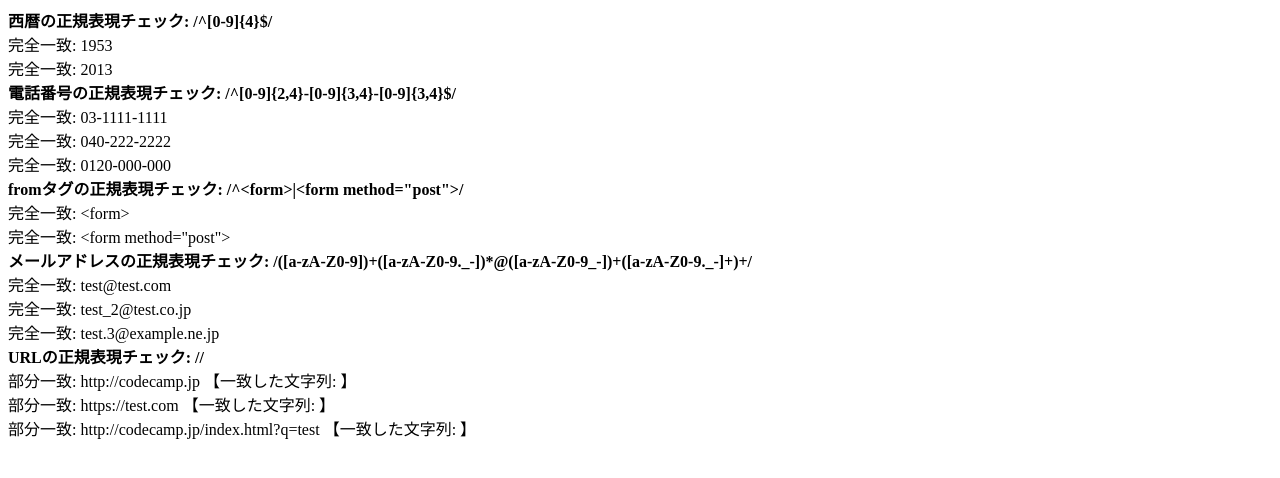
Repository: kawahito05-work/dc_work_nakano_kawahito_php
Page: http://localhost/htdocs/php17/challenge_preg_match.php
The author's editor kept a record of every edit. The page is drawn from the files as they stood at one moment, then again after the next edit.
The browser window is 1280 px wide. The pictures show the whole page.
The page is run by PHP 8.4 with error messages shown; the project is at /var/www/html/.

Above is the page before.

After the next edit:
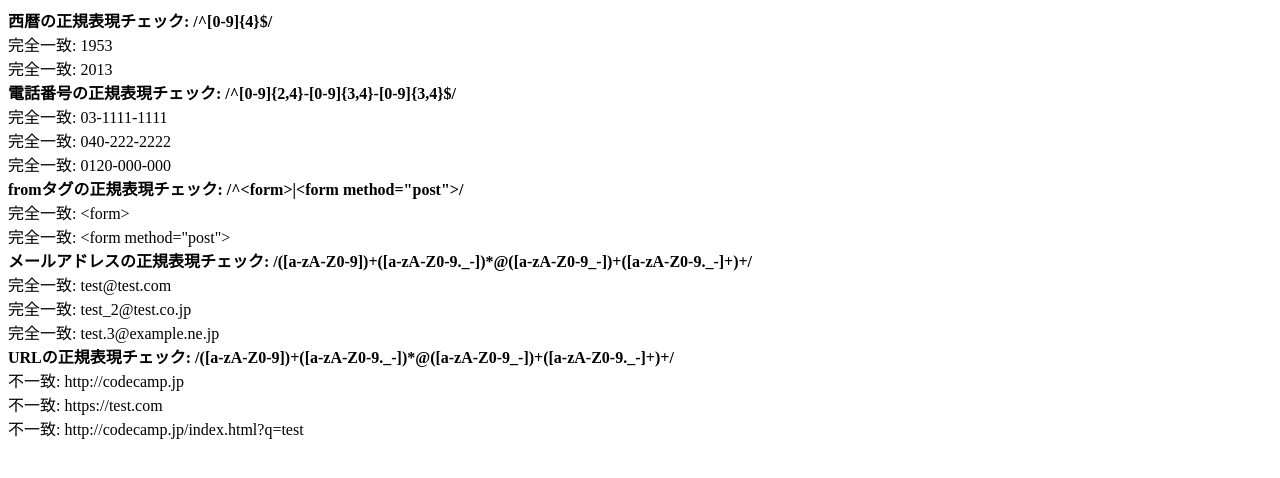
The edit:
--- a/htdocs/php17/challenge_preg_match.php
+++ b/htdocs/php17/challenge_preg_match.php
@@ -18,7 +18,7 @@
 $check_mail[1] = 'test_2@test.co.jp';
 $check_mail[2] = 'test.3@example.ne.jp';
 // URL
-$regexp_url   = '//'; // URLの正規表現を入力
+$regexp_url   = '/([a-zA-Z0-9])+([a-zA-Z0-9._-])*@([a-zA-Z0-9_-])+([a-zA-Z0-9._-]+)+/'; // URLの正規表現を入力
 $check_url[0] = 'http://codecamp.jp';
 $check_url[1] = 'https://test.com';
 $check_url[2] = 'http://codecamp.jp/index.html?q=test';
